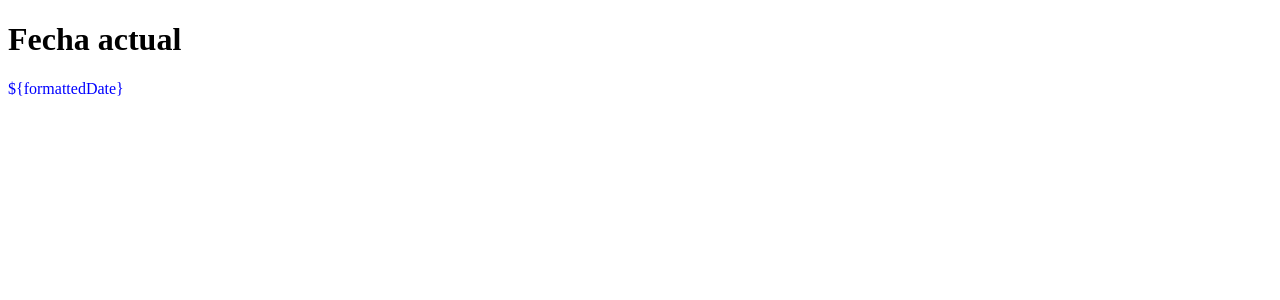
Repository: Clarkbas/Coding-Dojo-Java
Page: mostrarFecha/src/main/resources/static/date.html
The author's editor kept a copy of each file at every save. The page is drawn from the files as they stood at one save, then again after the next save.
The browser window is 1280 px wide. The pictures show the whole page.

Above is the page before, as saved 2023-07-13 01:18:06.

### mostrarFecha/src/main/resources/static/date.html
<!DOCTYPE html>
<html>
<head>
    <title>Fecha</title>
        <link rel="stylesheet" type="text/css" href="css/styledate.css">
        <script type="text/javascript" src="js/appdate.js"></script>
</head>
<body>
    <h1>Fecha actual</h1>
    <p id="date">${formattedDate}</p>
</body>
</html>

### mostrarFecha/src/main/resources/static/css/styledate.css
p {
        color: rgb(0, 0, 255);
}

### mostrarFecha/src/main/resources/static/js/appdate.js
alert("Esta es la plantilla de Fecha");

After the next save:
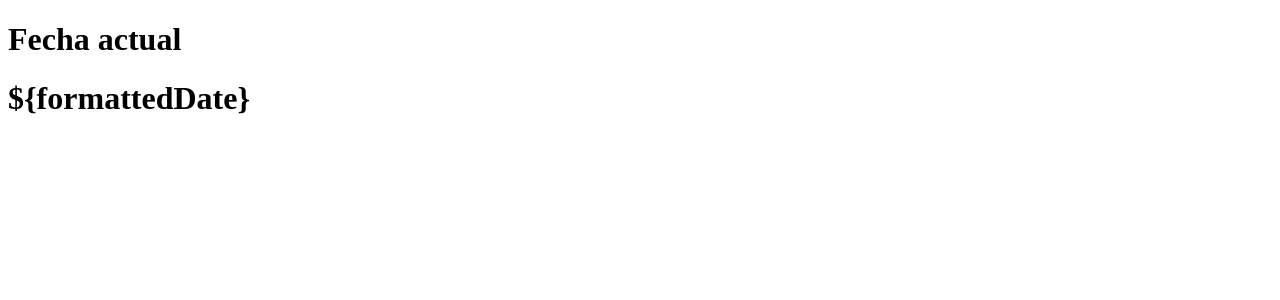
Saved 14 s later.
--- a/mostrarFecha/src/main/resources/static/date.html
+++ b/mostrarFecha/src/main/resources/static/date.html
@@ -7,6 +7,6 @@
 </head>
 <body>
     <h1>Fecha actual</h1>
-    <p id="date">${formattedDate}</p>
+    <h1 id="date">${formattedDate}</h1>
 </body>
 </html>

After the save that followed:
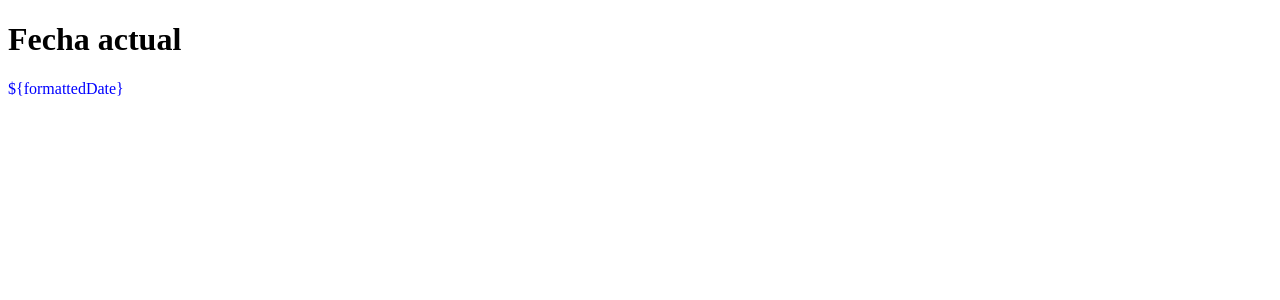
Saved 75 s later.
--- a/mostrarFecha/src/main/resources/static/date.html
+++ b/mostrarFecha/src/main/resources/static/date.html
@@ -7,6 +7,6 @@
 </head>
 <body>
     <h1>Fecha actual</h1>
-    <h1 id="date">${formattedDate}</h1>
+    <p id="date">${formattedDate}</p>
 </body>
 </html>
